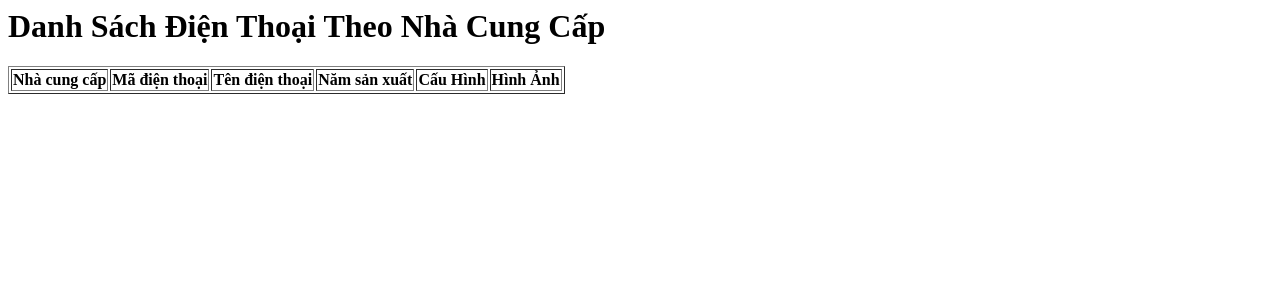
Repository: ducvu2414/WWW_OnGK
Page: http://localhost/Bai1/DanhSachDienThoaiNCC
An editor plug-in stored every save of this project. The page is shown before and after the next save, followed by the edit.
The browser window is 1280 px wide. The pictures show the whole page.
The page is served by Tomcat 10. Queries for data that is not in the repository find no rows.

Above is the page before, as saved 2024-10-05 05:41:16.

After the next save:
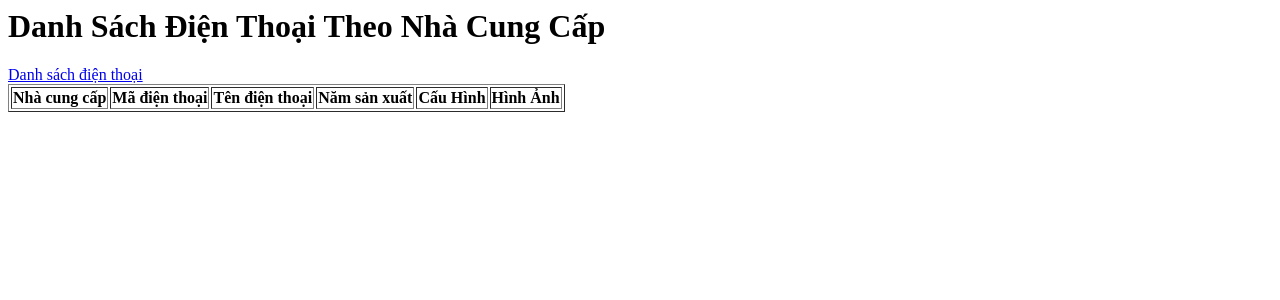
Saved 32 s later.
--- a/Bai1/src/main/webapp/DanhSachDienThoaiNCC.jsp
+++ b/Bai1/src/main/webapp/DanhSachDienThoaiNCC.jsp
@@ -11,6 +11,7 @@
 <body>
 	<h1>Danh Sách Điện Thoại Theo Nhà Cung Cấp</h1>
 
+	<a href="${pageContext.request.contextPath}/DienThoaiServlet">Danh sách điện thoại</a>
 
 	<table border="1">
 		<thead>
